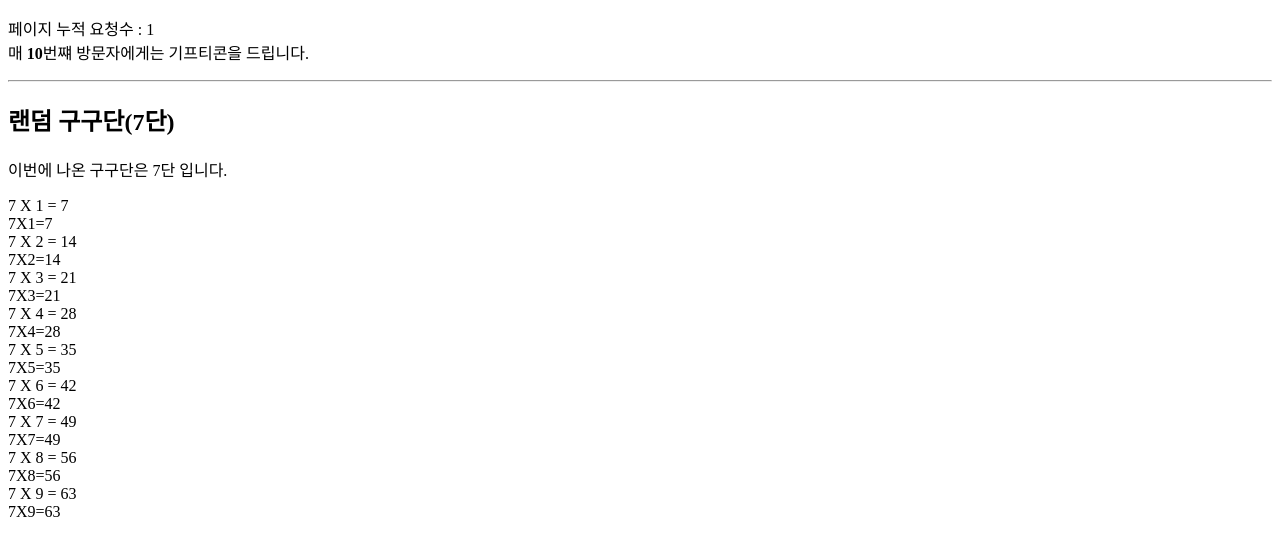
Repository: lee-ruru/jsp_practice
Page: http://localhost/JSPBasic/JspTag/TagQ02.jsp
An editor plug-in stored every save of this project. The page is shown before and after the next save, followed by the edit.
The browser window is 1280 px wide. The pictures show the whole page.
The page is served by Tomcat 9.

Above is the page before, as saved 2022-02-03 00:48:26.

After the next save:
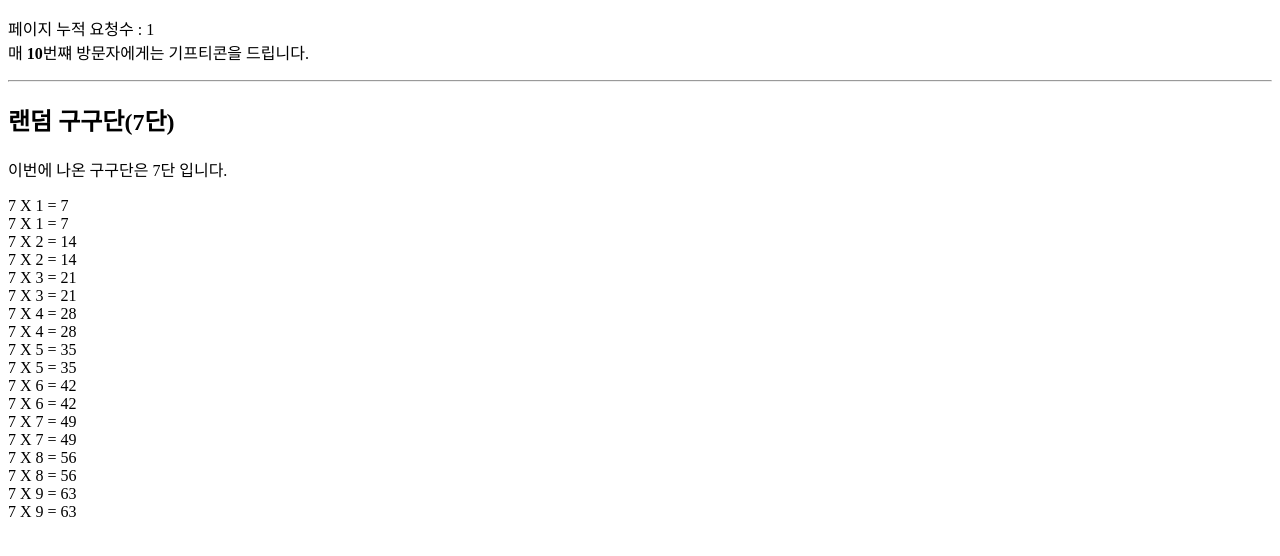
Saved 30 s later.
--- a/JSPBasic/src/main/webapp/JspTag/TagQ02.jsp
+++ b/JSPBasic/src/main/webapp/JspTag/TagQ02.jsp
@@ -28,7 +28,7 @@
 	<p>
 		<% for(int i=1; i<=9; i++) { %>
 			<%= num %> X <%= i %> = <%= num * i %><br>
-			<% out.println(num + "X" + i + "=" + (num * i) + "<br/>"); %>
+			<% out.println(num + " X " + i + " = " + (num * i) + "<br/>"); %>
 		<% } %>
 	</p>
 
